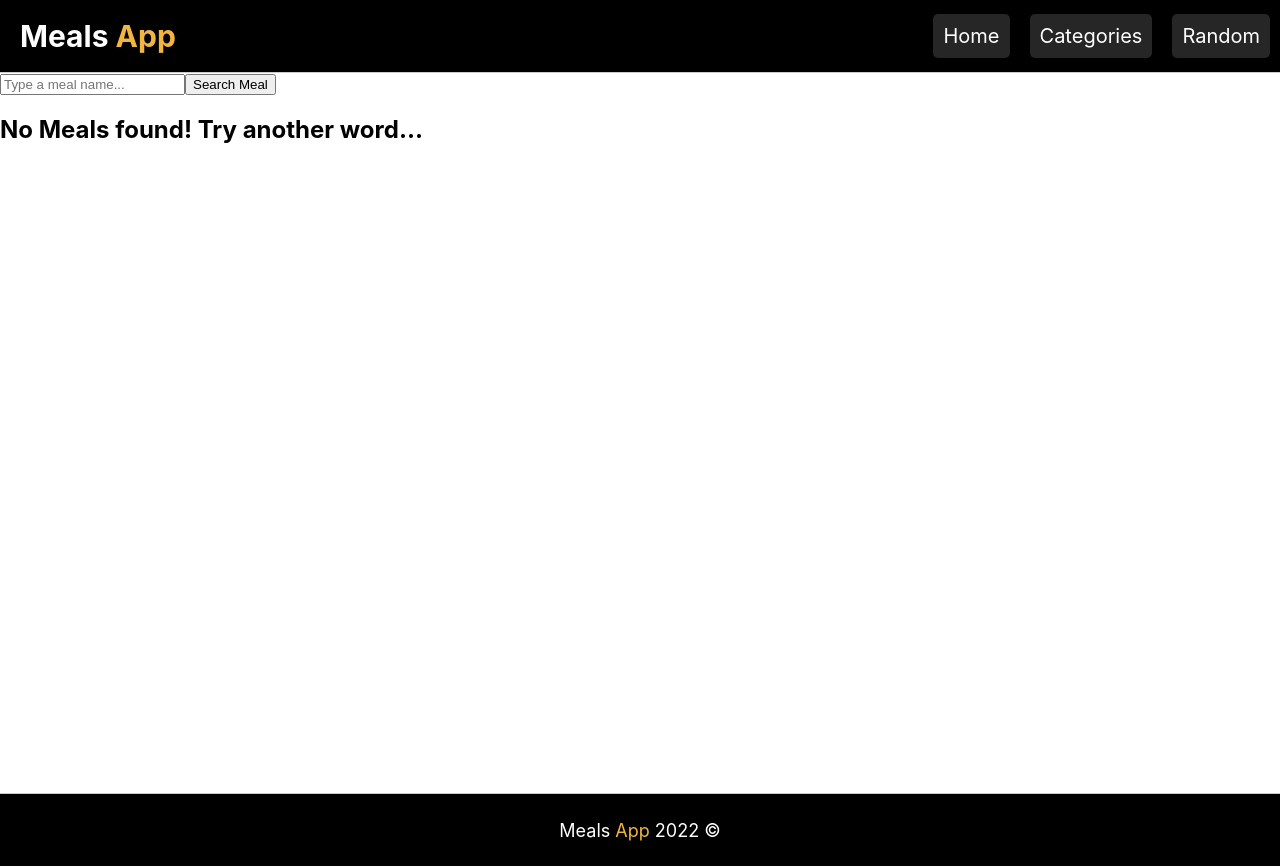
Repository: Shahriddinov/Meals
Page: /
An editor plug-in stored every save of this project. The page is shown before and after the next save, followed by the edit.
The browser window is 1280 px wide. The pictures show the whole page.
The project was rebuilt for these pictures with package versions that can differ from the ones it lists, and the page was loaded fresh each time. Also part of the build but not shown: src/components/Categories/Categories.js, src/components/RandomMeal/RandomMeal.js.

Above is the page before, as saved 2022-03-21 18:15:37.

After the next save:
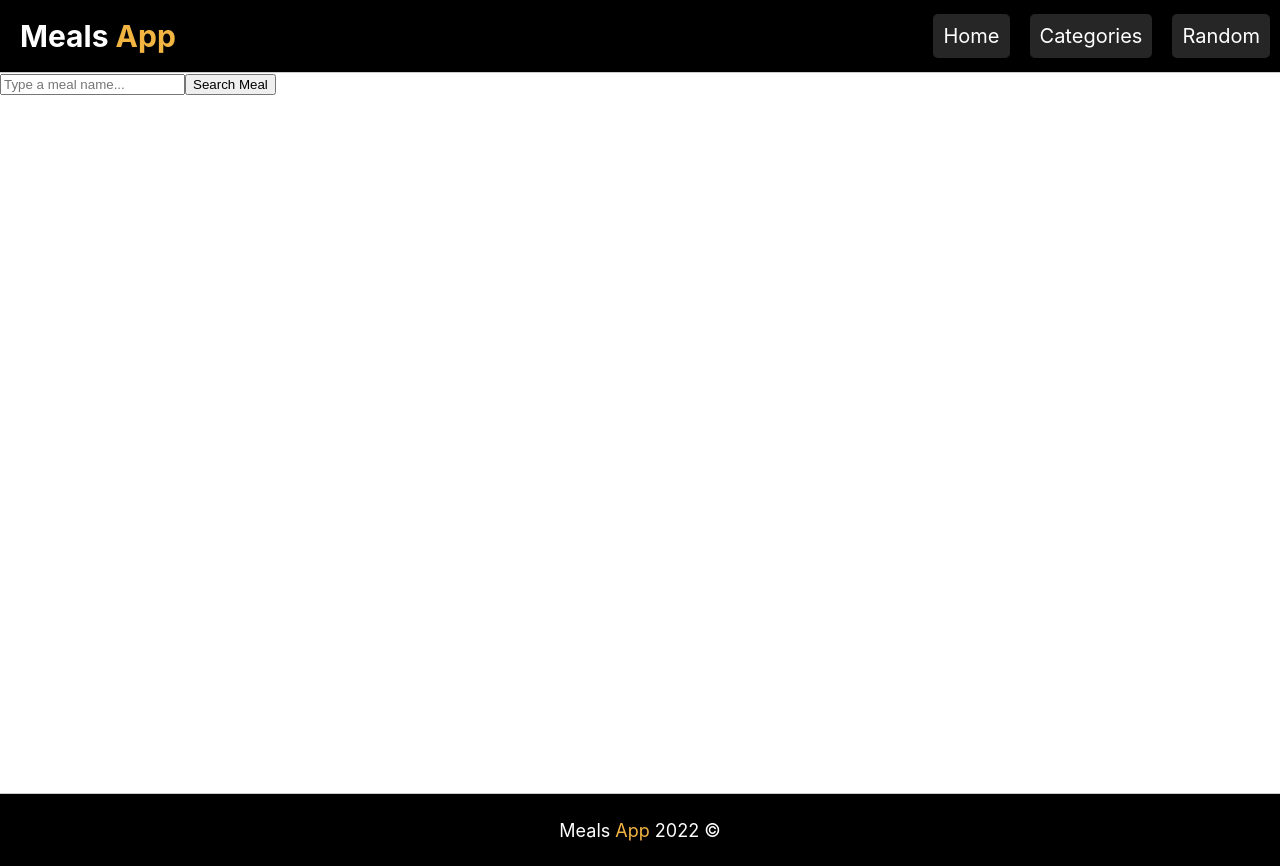
Saved 51 s later.
--- a/src/components/HomePage/HomePage.js
+++ b/src/components/HomePage/HomePage.js
@@ -17,7 +17,7 @@ function HomePage() {
       </div>
 
       <div className="home-meals">
-       {meals?.length >= 1 ? (meals.map((meal)=>(
+       {meals? (meals.map((meal)=>(
          <div className="home-meals-grid">
          <img src={meal.strMealThumb} alt="#" />
          <h4>{meal.strMeal}</h4>
